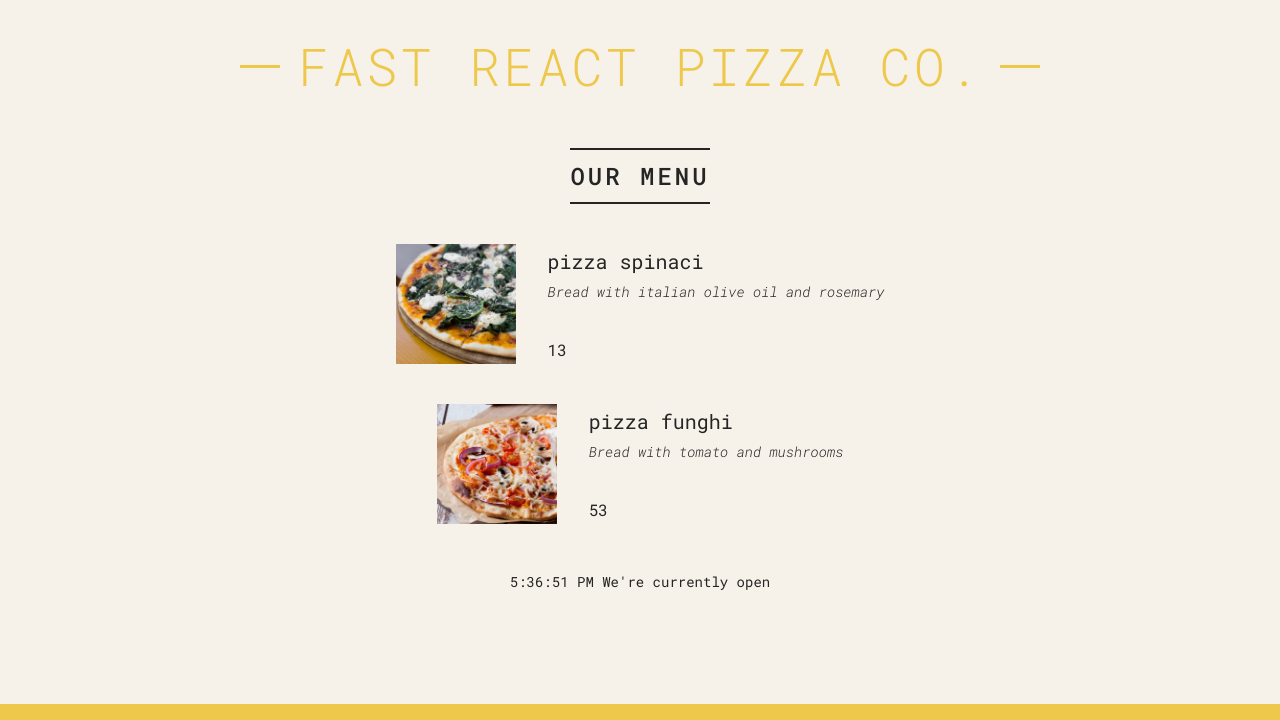
Repository: ahmedharidy/First-React-App
Page: /
An editor plug-in stored every save of this project. The page is shown before and after the next save, followed by the edit.
The browser window is 1280 px wide. The pictures show the whole page.
The project was rebuilt for these pictures with package versions that can differ from the ones it lists, and the page was loaded fresh each time.

Above is the page before, as saved 2026-09-22 23:54:14.

### src/index.js
import React from "react";
import ReactDOM from "react-dom/client";
import "./index.css";

const pizzaData = [
  {
    name: "Focaccia",
    ingredients: "Bread with italian olive oil and rosemary",
    price: 6,
    photoName: "pizzas/focaccia.jpg",
    soldOut: false,
  },
  {
    name: "Pizza Margherita",
    ingredients: "Tomato and mozarella",
    price: 10,
    photoName: "pizzas/margherita.jpg",
    soldOut: false,
  },
  {
    name: "Pizza Spinaci",
    ingredients: "Tomato, mozarella, spinach, and ricotta cheese",
    price: 12,
    photoName: "pizzas/spinaci.jpg",
    soldOut: false,
  },
  {
    name: "Pizza Funghi",
    ingredients: "Tomato, mozarella, mushrooms, and onion",
    price: 12,
    photoName: "pizzas/funghi.jpg",
    soldOut: false,
  },
  {
    name: "Pizza Salamino",
    ingredients: "Tomato, mozarella, and pepperoni",
    price: 15,
    photoName: "pizzas/salamino.jpg",
    soldOut: true,
  },
  {
    name: "Pizza Prosciutto",
    ingredients: "Tomato, mozarella, ham, aragula, and burrata cheese",
    price: 18,
    photoName: "pizzas/prosciutto.jpg",
    soldOut: false,
  },
];
function App() {
  return (
    <div className="container">
      <Header />
      <Menu />
      <Footer />
    </div>
  );
}

function Header() {
  //   const style = { color: "red", fontSize: "48px", textTransform: "uppercase" };
  const style = {};
  return (
    <header className="header">
      <h1 style={style}>Fast react pizza co.</h1>
    </header>
  );
}
function Menu() {
  return (
    <main className="menu">
      <h2>Our menu</h2>
      <Pizza
        name="pizza spinaci"
        ingredient="Bread with italian olive oil and rosemary"
        photoName="pizzas/spinaci.jpg"
        price={10}
      />

      <Pizza
        name="pizza funghi"
        ingredient="Bread with tomato and mushrooms"
        photoName="pizzas/funghi.jpg"
        price={50}
      />
    </main>
  );
}

function Pizza(props) {
  console.log(props);
  return (
    <div className="pizza">
      <img src={props.photoName} alt={props.name}></img>
      <div>
        <h3>{props.name}</h3>
        <p>{props.ingredient}</p>
        <span>{props.price + 3}</span>
      </div>
    </div>
  );
}

function Footer() {
  const hour = new Date().getHours();
  const openHour = 12;
  const closeHour = 22;
  const isOpen = hour >= openHour && hour <= closeHour;

  //   if (hour >= openHour && hour <= closeHour) alert("were currently open!");
  //   else alert("sorry were closed");

  return (
    <footer className="footer">
      {new Date().toLocaleTimeString()} We're currently open
    </footer>
  );
  //   return React.createElement("footer", null, "we're currently open");
}

const root = ReactDOM.createRoot(document.getElementById("root"));

root.render(<App />);

Loaded but not shown: public/index.html (common file); src/index.css (common file)

After the next save:
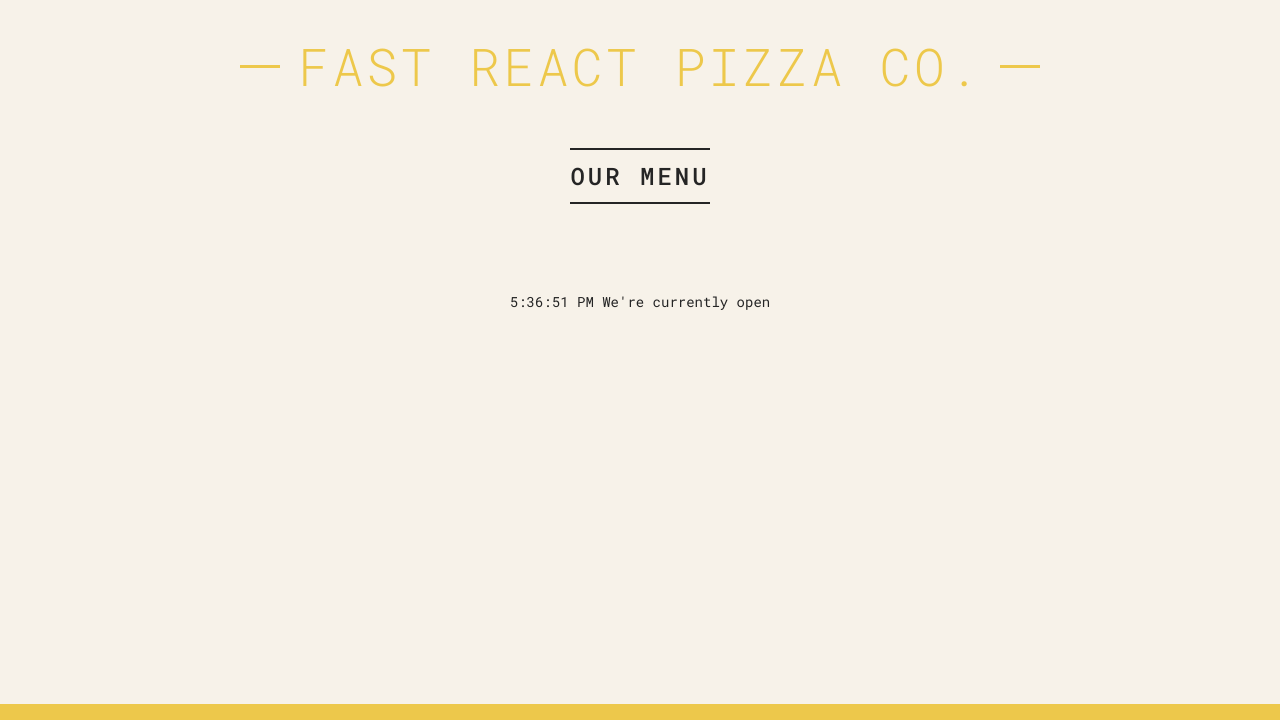
Saved 43 s later.
--- a/src/index.js
+++ b/src/index.js
@@ -69,7 +69,9 @@ function Menu() {
   return (
     <main className="menu">
       <h2>Our menu</h2>
-      <Pizza
+
+      <div></div>
+      {/* <Pizza
         name="pizza spinaci"
         ingredient="Bread with italian olive oil and rosemary"
         photoName="pizzas/spinaci.jpg"
@@ -81,7 +83,7 @@ function Menu() {
         ingredient="Bread with tomato and mushrooms"
         photoName="pizzas/funghi.jpg"
         price={50}
-      />
+      /> */}
     </main>
   );
 }
